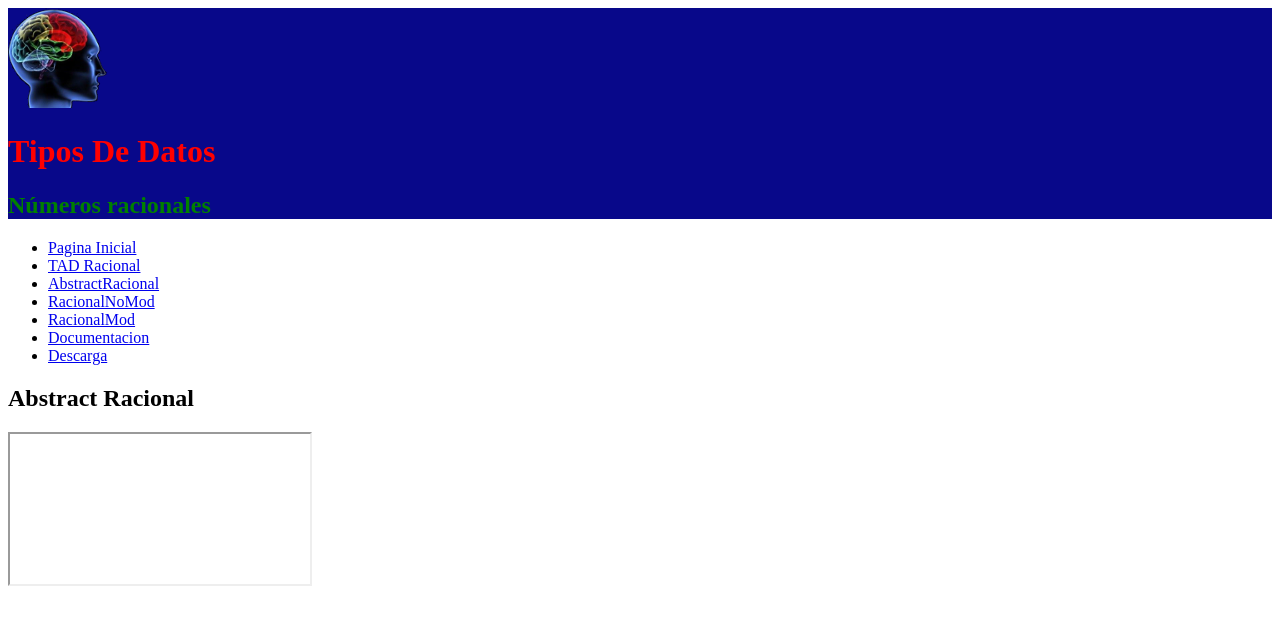
Repository: dgsama/Curso17
Page: SEW/WorkSpace/Practica02/html/Racional.html
The author's editor kept a copy of each file at every save. The page is drawn from the files as they stood at one save, then again after the next save.
The browser window is 1280 px wide. The pictures show the whole page.

Above is the page before, as saved 2016-10-05 10:36:48.

### SEW/WorkSpace/Practica02/html/Racional.html
<!DOCTYPE html>
<html>
<head>
<meta charset="UTF-8">
<title>Tipo Racional</title>
<link rel="stylesheet" type="text/css" href="css/estDatos.css" />
</head>
<body class="hl">
    <header>
        <img src="..\logo.png"> </img>
        <h1>Tipos De Datos</h1>
        <h2>Números racionales</h2>
    </header>

    <nav>
        <ul>
            <li><a href="index.html">Pagina Inicial</a></li>
            <li><a href="Racional.html">TAD Racional</a></li>
            <li><a href="AbstractRacional.html">AbstractRacional</a></li>
            <li><a href="RacionalNoMod.html">RacionalNoMod</a></li>
            <li><a href="RacionalMod.html">RacionalMod</a></li>
            <li><a href="Documentacion.html">Documentacion</a></li>
            <li><a href="Racionales.zip">Descarga</a></li>
        </ul>
    </nav>

    <section>
        <h1>Abstract Racional</h1>
        <iframe src="xhtml\Racional.xhtml"> </iframe>
    </section>

</body>
</html>

### SEW/WorkSpace/Practica02/html/css/estDatos.css
@charset "UTF-8";

#code iframe {
    width: 100%;
    height: 650px;
}

header{
    background-color: #08088A;

    h1{color : red;background-color: #08088A;}
    h2{color : green;background-color: #08088A}
}

After the next save:
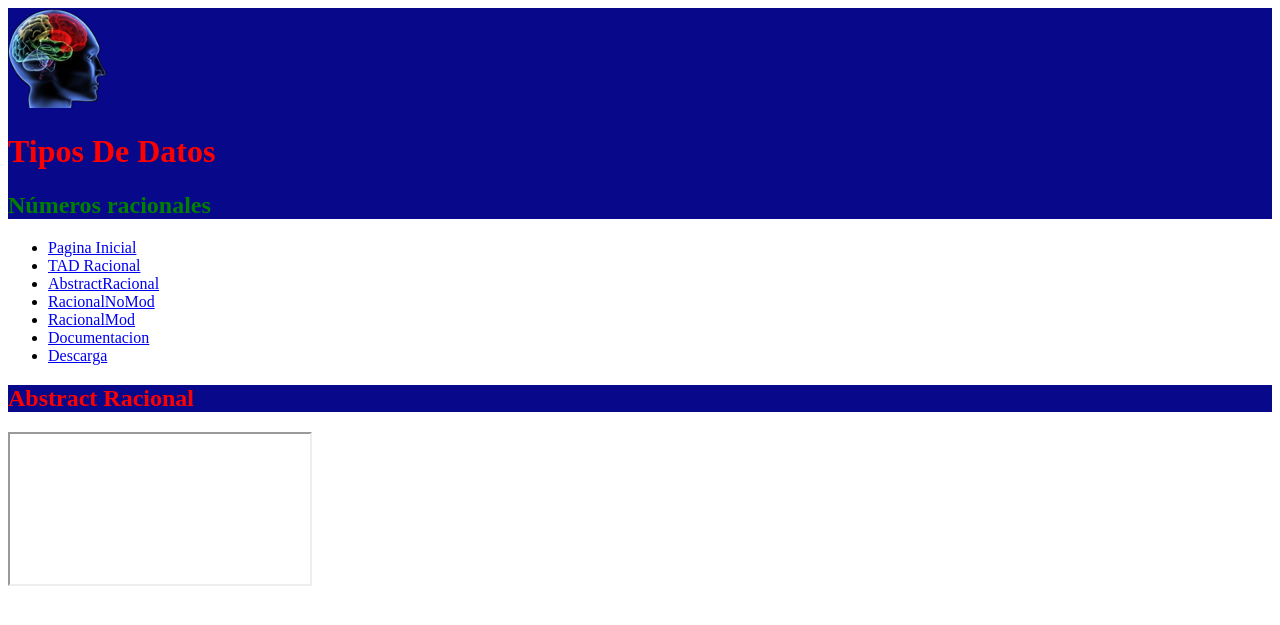
Saved 21 s later.
--- a/SEW/WorkSpace/Practica02/html/css/estDatos.css
+++ b/SEW/WorkSpace/Practica02/html/css/estDatos.css
@@ -5,9 +5,16 @@
     height: 650px;
 }
 
-header{
+header {
     background-color: #08088A;
+}
 
-    h1{color : red;background-color: #08088A;}
-    h2{color : green;background-color: #08088A}
+h1 {
+    color: red;
+    background-color: #08088A;
 }
+
+h2 {
+    color: green;
+    background-color: #08088A
+}
